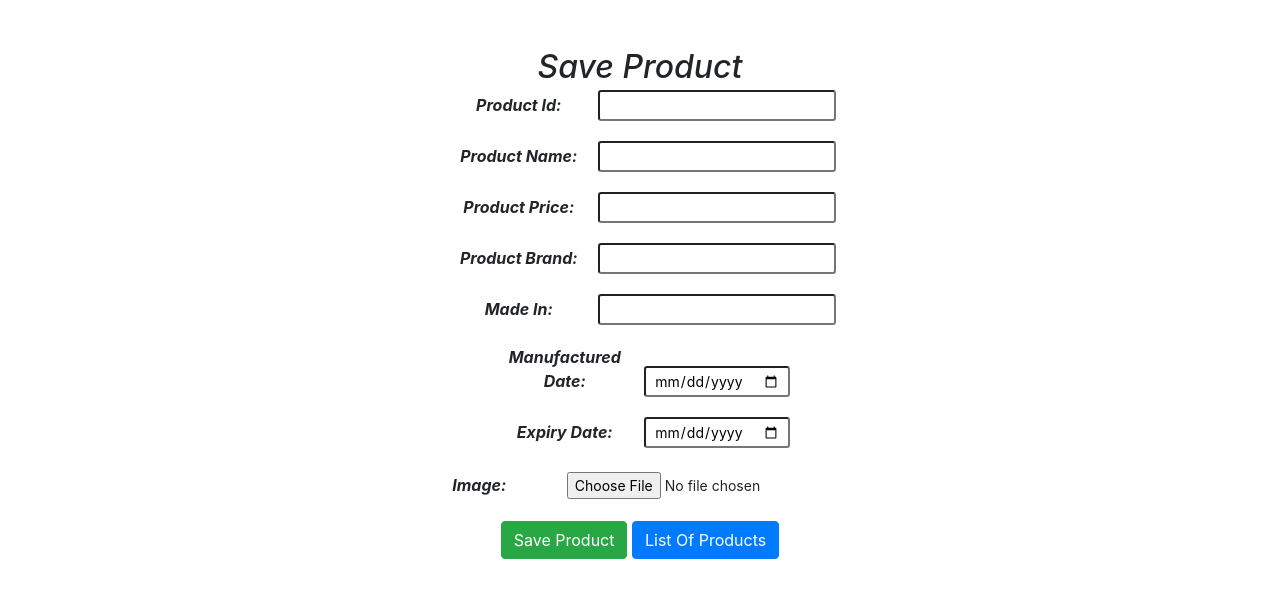
Repository: ananthaanusha/advjavaprograms
Page: ProductManagementApp/src/main/webapp/addProduct.html
An editor plug-in stored every save of this project. The page is shown before and after the next save, followed by the edit.
The browser window is 1280 px wide. The pictures show the whole page.

Above is the page before, as saved 2024-03-09 10:19:30.

After the next save:
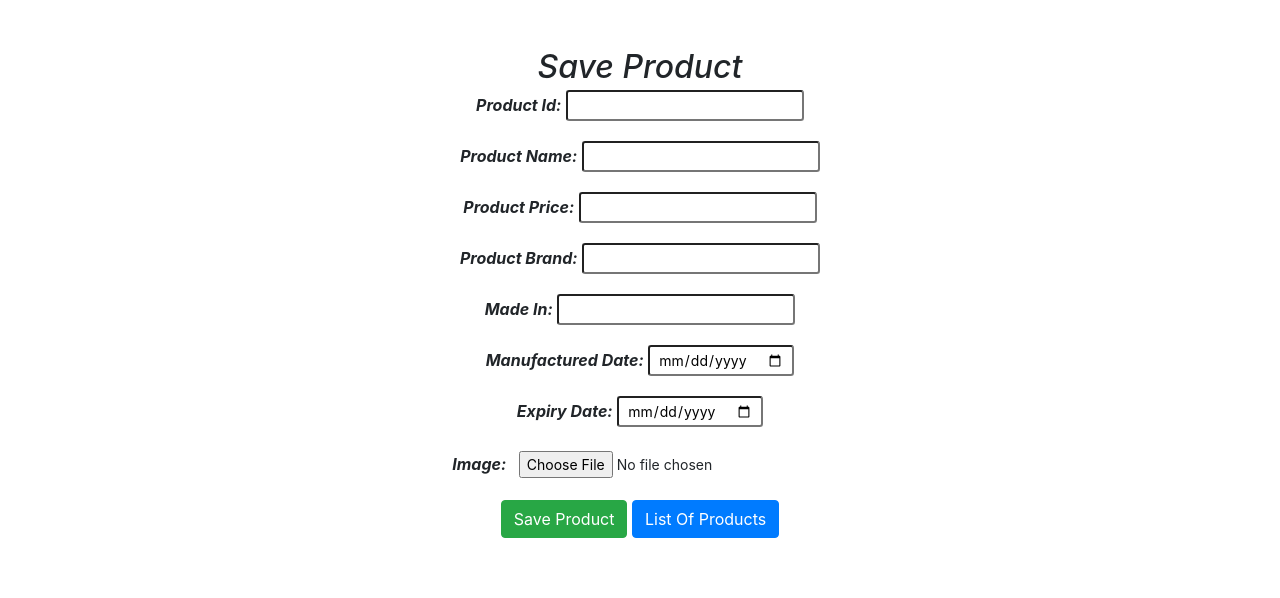
Saved 5 min 26 s later.
--- a/ProductManagementApp/src/main/webapp/addProduct.html
+++ b/ProductManagementApp/src/main/webapp/addProduct.html
@@ -6,15 +6,7 @@
 <link rel="stylesheet" href="https://stackpath.bootstrapcdn.com/bootstrap/4.5.2/css/bootstrap.min.css" integrity="sha384-JcKb8q3iqJ61gNV9KGb8thSsNjpSL0n8PARn9HuZOnIxN0hoP+VmmDGMN5t9UJ0Z" crossorigin="anonymous">
 
 		<script type="text/javascript" src="formvalidation.js"></script>
-		<style>
-      div {
-        margin-bottom: 10px;
-      }
-      label {
-        display: inline-block;
-        width: 150px;
-      }
-    </style>
+
 	</head>
 	<body>
 	<div class="container mt-5 text-center">
